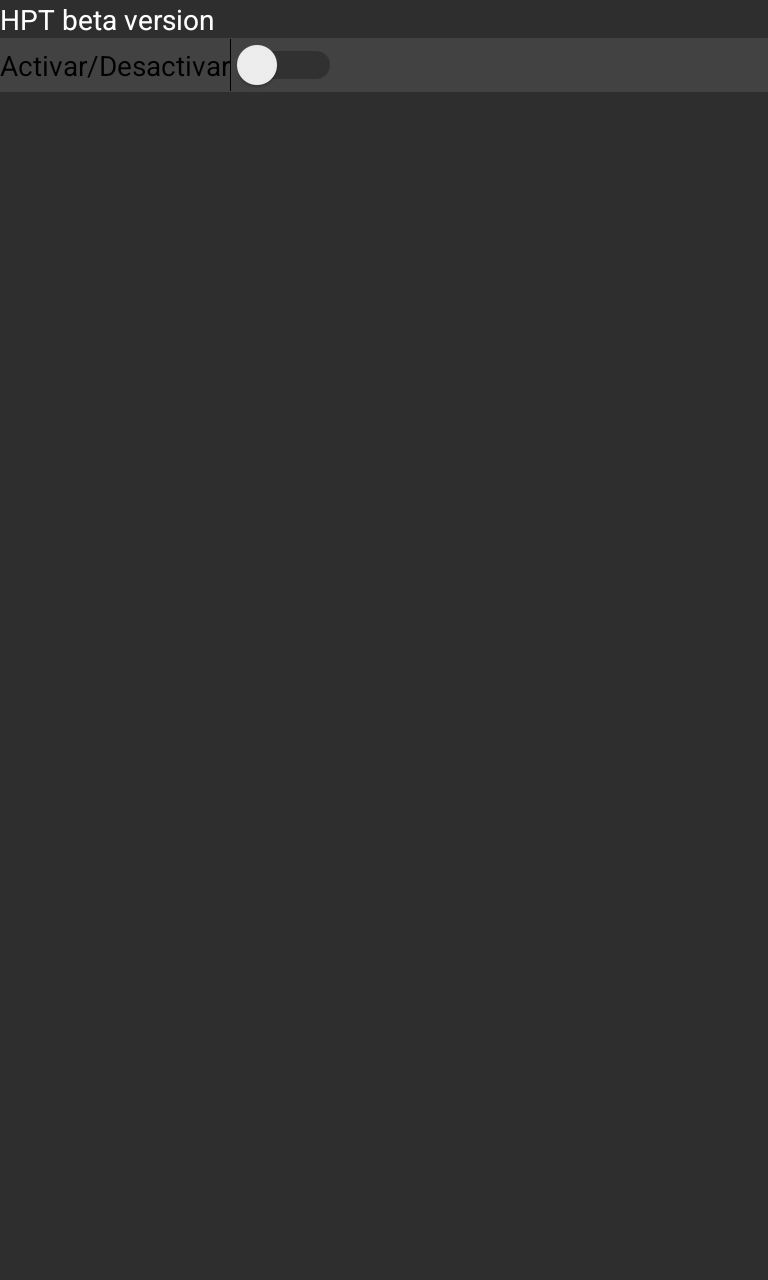
Repository: aludena18/android_apps
Layout: HunterPersonalTrack/res/layout/activity_main.xml
An editor plug-in stored every save of this project. The layout is shown before and after the next save, followed by the edit.
It is drawn on a 768 x 1280 px phone screen (xhdpi) without system bars, with theme AppTheme; the app's code is not run.

Above is the layout before, as saved 2015-10-14 20:15:19.

### HunterPersonalTrack/res/layout/activity_main.xml
<LinearLayout xmlns:android="http://schemas.android.com/apk/res/android"
    xmlns:tools="http://schemas.android.com/tools"
    android:layout_width="match_parent"
    android:layout_height="match_parent"
    android:orientation="vertical"
    android:background="#2E2E2E"
    tools:context="com.alg.hunterpersonaltrack.MainActivity" >

    <TextView
        android:layout_width="wrap_content"
        android:layout_height="wrap_content"
        android:textColor="#FFFFFF"
        android:text="@string/hello_world" />

    <LinearLayout
        android:layout_width="match_parent"
        android:layout_height="wrap_content"
        android:background="#424242">

        <Switch
	        android:id="@+id/swtOnOff"
    	    android:layout_width="wrap_content"
        	android:layout_height="wrap_content"
        	android:text="@string/etqSwtOnOff" />

    </LinearLayout>


</LinearLayout>

### HunterPersonalTrack/res/values/strings.xml
<?xml version="1.0" encoding="utf-8"?>
<resources>

    <string name="app_name">Hunter Personal Track</string>
    <string name="hello_world">HPT beta version</string>
    <string name="action_settings">Settings</string>

    <string name="etqSwtOnOff">Activar/Desactivar</string>

</resources>

Loaded but not shown: HunterPersonalTrack/res/values/styles.xml (common file); HunterPersonalTrack/res/values-v11/styles.xml (common file); HunterPersonalTrack/res/values-v14/styles.xml (common file)

After the next save:
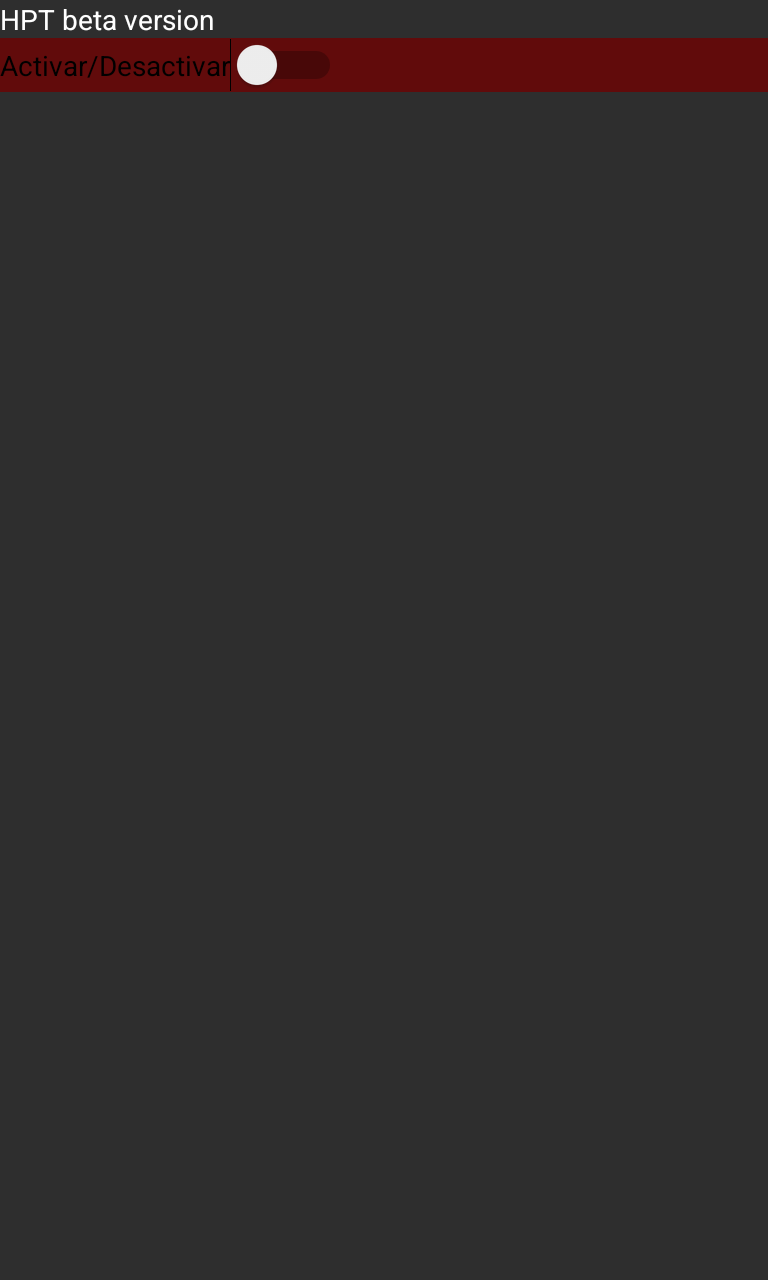
Saved 49 s later.
--- a/HunterPersonalTrack/res/layout/activity_main.xml
+++ b/HunterPersonalTrack/res/layout/activity_main.xml
@@ -15,7 +15,7 @@
     <LinearLayout
         android:layout_width="match_parent"
         android:layout_height="wrap_content"
-        android:background="#424242">
+        android:background="#610B0B">
 
         <Switch
 	        android:id="@+id/swtOnOff"

After the save that followed:
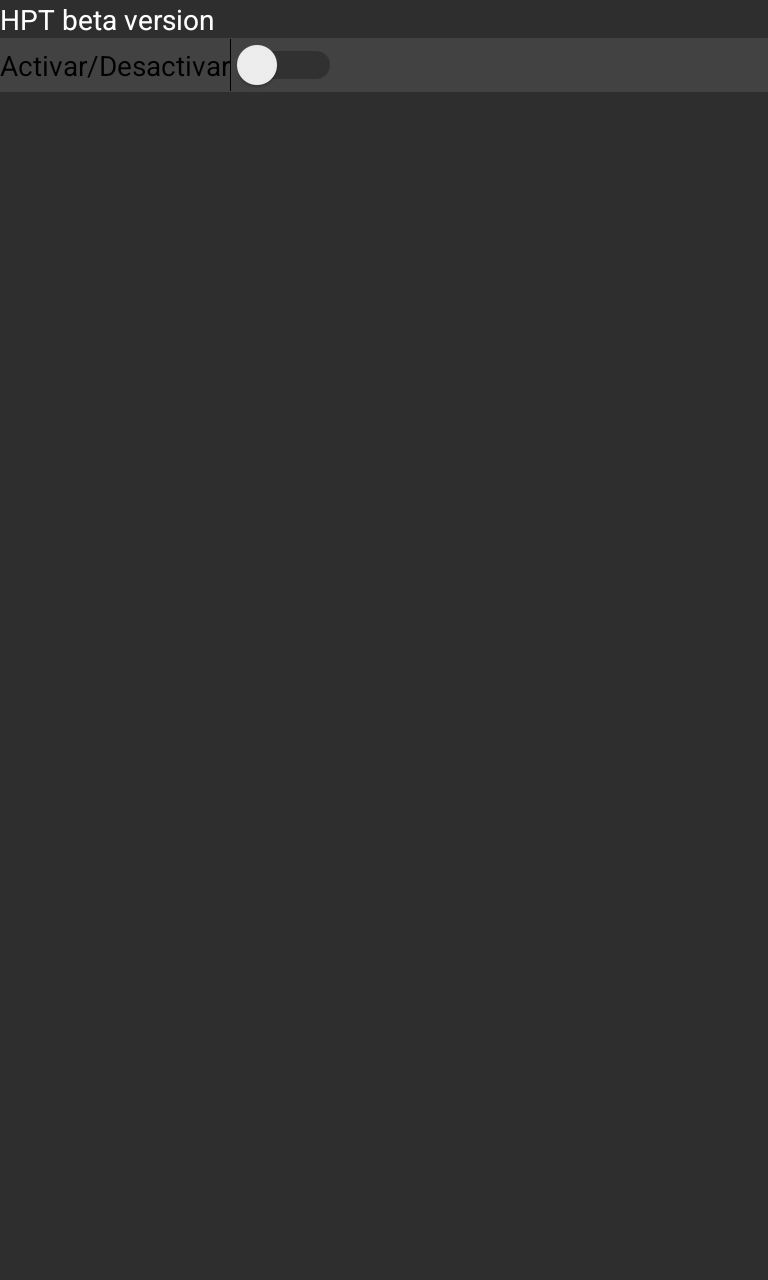
Saved 33 s later.
--- a/HunterPersonalTrack/res/layout/activity_main.xml
+++ b/HunterPersonalTrack/res/layout/activity_main.xml
@@ -15,7 +15,7 @@
     <LinearLayout
         android:layout_width="match_parent"
         android:layout_height="wrap_content"
-        android:background="#610B0B">
+        android:background="#424242">
 
         <Switch
 	        android:id="@+id/swtOnOff"
